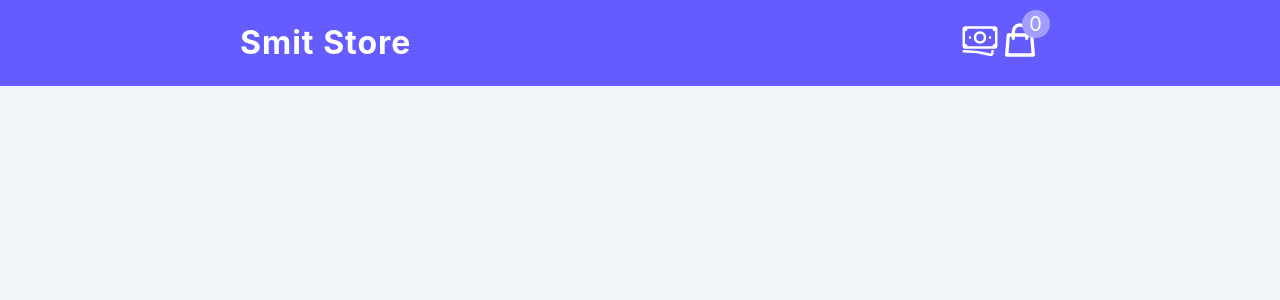
Repository: smit1298/Redux-Toolkit-Add-to-Cart
Page: /
The author's editor kept a copy of each file at every save. The page is drawn from the files as they stood at one save, then again after a run of saves.
The browser window is 1280 px wide. The pictures show the whole page.
The project was rebuilt for these pictures with package versions that can differ from the ones it lists, and the page was loaded fresh each time.

Above is the page before, as saved 2022-11-14 14:37:46.

### src/index.js
import React from "react";
import ReactDOM from "react-dom";
import "./index.css";
import App from "./App";
import { Provider } from "react-redux";
import { store } from "./store"

ReactDOM.render(
  <React.StrictMode>
    <Provider store={store}>
      <App />
    </Provider>
  </React.StrictMode>,
  document.getElementById("root")
);

### src/App.js
import Navbar from "./components/Navbar";

function App() {
  return (
    <main>
      <Navbar />
    </main>
  );
}
export default App;

### src/store.js
import {configureStore} from '@reduxjs/toolkit';
import cartReducer from './features/cart/cartSlice'

export const store = configureStore({
    reducer: {
        cart: cartReducer,

    },
})

### src/components/Navbar.js
import { CartIcon, Testing } from "../icons";
import { useSelector } from "react-redux";

const Navbar = () => {
  const {amount} = useSelector((store) => store.cart);
  return (
<>
     <nav>
      <div className="nav-center">
        <h3>smit store</h3>
        <div className="nav-container">
        <Testing />
          <CartIcon />
          <div className="amount-container">
            <p className="total-amount">{amount}</p>
          </div>
        </div>
      </div>
    </nav>
</>


  );
};

export default Navbar;

### src/features/cart/cartSlice.js
import { createSlice } from "@reduxjs/toolkit";

const initialState = {
  cartitems: [],
  amount: 0,
  total: 0,
  isLoading: true,
};

const cartSlice = createSlice({
  name: "cart",
  initialState,
});

// console.log(cartSlice);
export default cartSlice.reducer

### src/icons.js
export const CartIcon = () => {
  return (
    <svg
      xmlns="http://www.w3.org/2000/svg"
      className="h-6 w-6 "
      fill="none"
      viewBox="0 0 24 24"
      stroke="currentColor"
      strokeWidth={2}
    >
      <path
        strokeLinecap="round"
        strokeLinejoin="round"
        d="M16 11V7a4 4 0 00-8 0v4M5 9h14l1 12H4L5 9z"
      />
    </svg>
  );
};

export const ChevronDown = () => {
  return (
    <svg
      xmlns="http://www.w3.org/2000/svg"
      className="h-6 w-6"
      fill="none"
      viewBox="0 0 24 24"
      stroke="currentColor"
      strokeWidth={2}
    >
      <path strokeLinecap="round" strokeLinejoin="round" d="M19 9l-7 7-7-7" />
    </svg>
  );
};

export const ChevronUp = () => {
  return (
    <svg
      xmlns="http://www.w3.org/2000/svg"
      className="h-6 w-6"
      fill="none"
      viewBox="0 0 24 24"
      stroke="currentColor"
      strokeWidth={2}
    >
      <path strokeLinecap="round" strokeLinejoin="round" d="M5 15l7-7 7 7" />
    </svg>
  );
};
export const Testing = () => (
  <svg
    xmlns="http://www.w3.org/2000/svg"
    fill="none"
    viewBox="0 0 24 24"
    strokeWidth={1.5}
    stroke="currentColor"
    className="w-6 h-6"
  >
    <path
      strokeLinecap="round"
      strokeLinejoin="round"
      d="M2.25 18.75a60.07 60.07 0 0115.797 2.101c.727.198 1.453-.342 1.453-1.096V18.75M3.75 4.5v.75A.75.75 0 013 6h-.75m0 0v-.375c0-.621.504-1.125 1.125-1.125H20.25M2.25 6v9m18-10.5v.75c0 .414.336.75.75.75h.75m-1.5-1.5h.375c.621 0 1.125.504 1.125 1.125v9.75c0 .621-.504 1.125-1.125 1.125h-.375m1.5-1.5H21a.75.75 0 00-.75.75v.75m0 0H3.75m0 0h-.375a1.125 1.125 0 01-1.125-1.125V15m1.5 1.5v-.75A.75.75 0 003 15h-.75M15 10.5a3 3 0 11-6 0 3 3 0 016 0zm3 0h.008v.008H18V10.5zm-12 0h.008v.008H6V10.5z"
    />
  </svg>
);

Loaded but not shown: public/index.html (common file); src/index.css (common file)

After the next 5 saves:
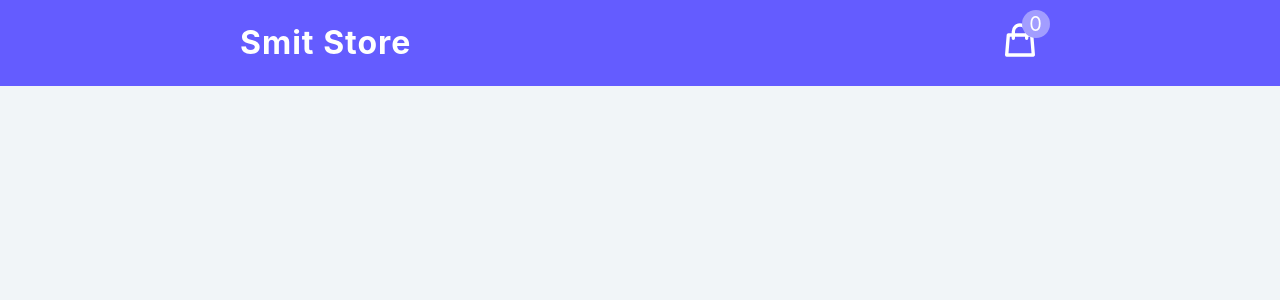
The 5 saves are shown as one change because 2 did not build or start and some came seconds apart.
The last was saved 76 s later.
--- a/src/components/Navbar.js
+++ b/src/components/Navbar.js
@@ -1,15 +1,13 @@
-import { CartIcon, Testing } from "../icons";
+import { CartIcon} from "../icons";
 import { useSelector } from "react-redux";
 
 const Navbar = () => {
   const {amount} = useSelector((store) => store.cart);
   return (
-<>
      <nav>
       <div className="nav-center">
         <h3>smit store</h3>
         <div className="nav-container">
-        <Testing />
           <CartIcon />
           <div className="amount-container">
             <p className="total-amount">{amount}</p>
@@ -17,7 +15,6 @@
         </div>
       </div>
     </nav>
-</>
 
 
   );
